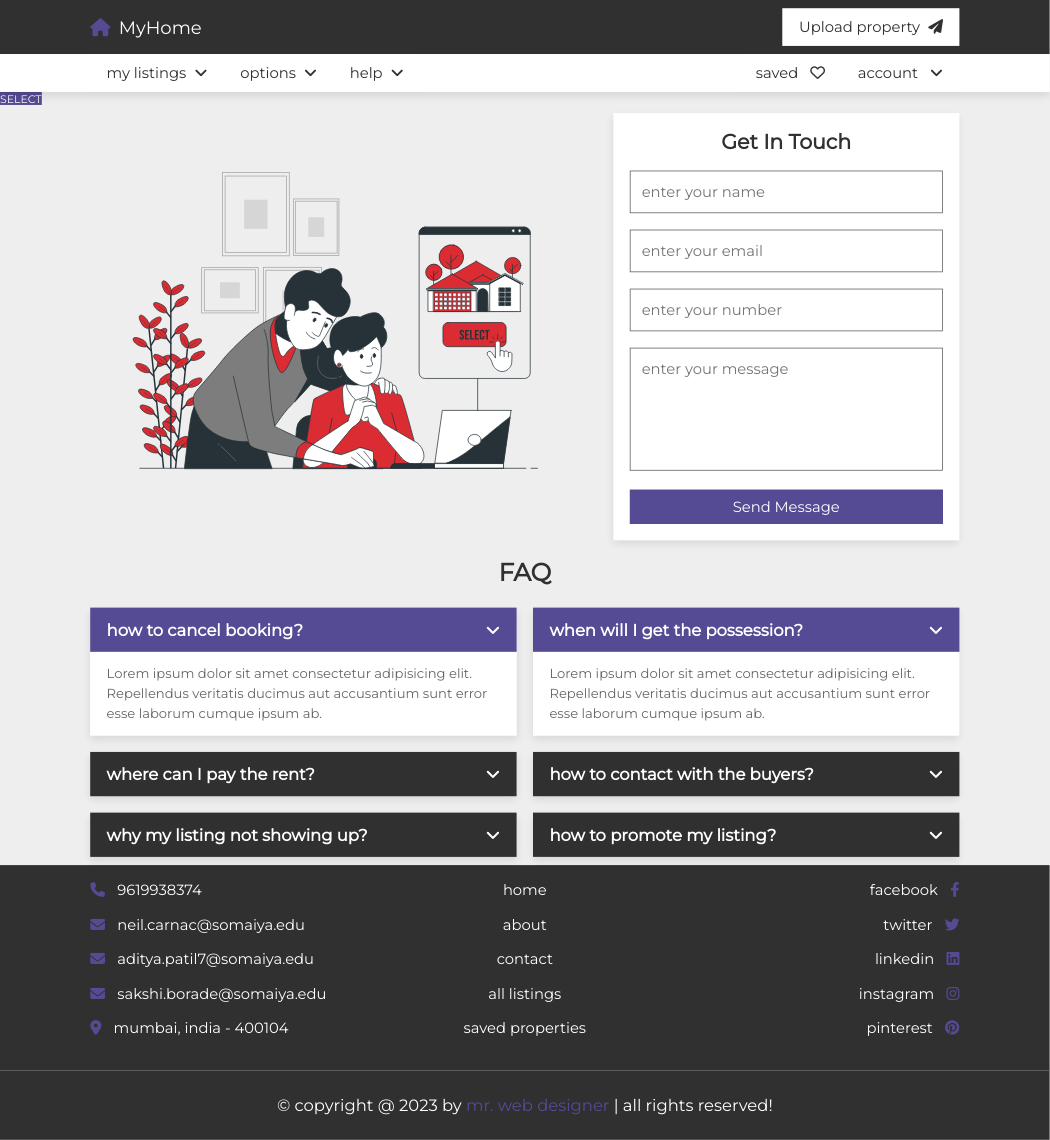
Repository: adi-tya999/wpl-project-realestatewebsite-main
Page: http://localhost/project/contact.php
An editor plug-in stored every save of this project. The page is shown before and after a run of saves, followed by the edit.
The browser window is 1280 px wide. The pictures show the whole page, at 82% of full size.
The page is run by PHP 8.4 with error messages shown; the project is at /var/www/html/.

Above is the page before, as saved 2023-04-29 16:27:33.

After the next 6 saves:
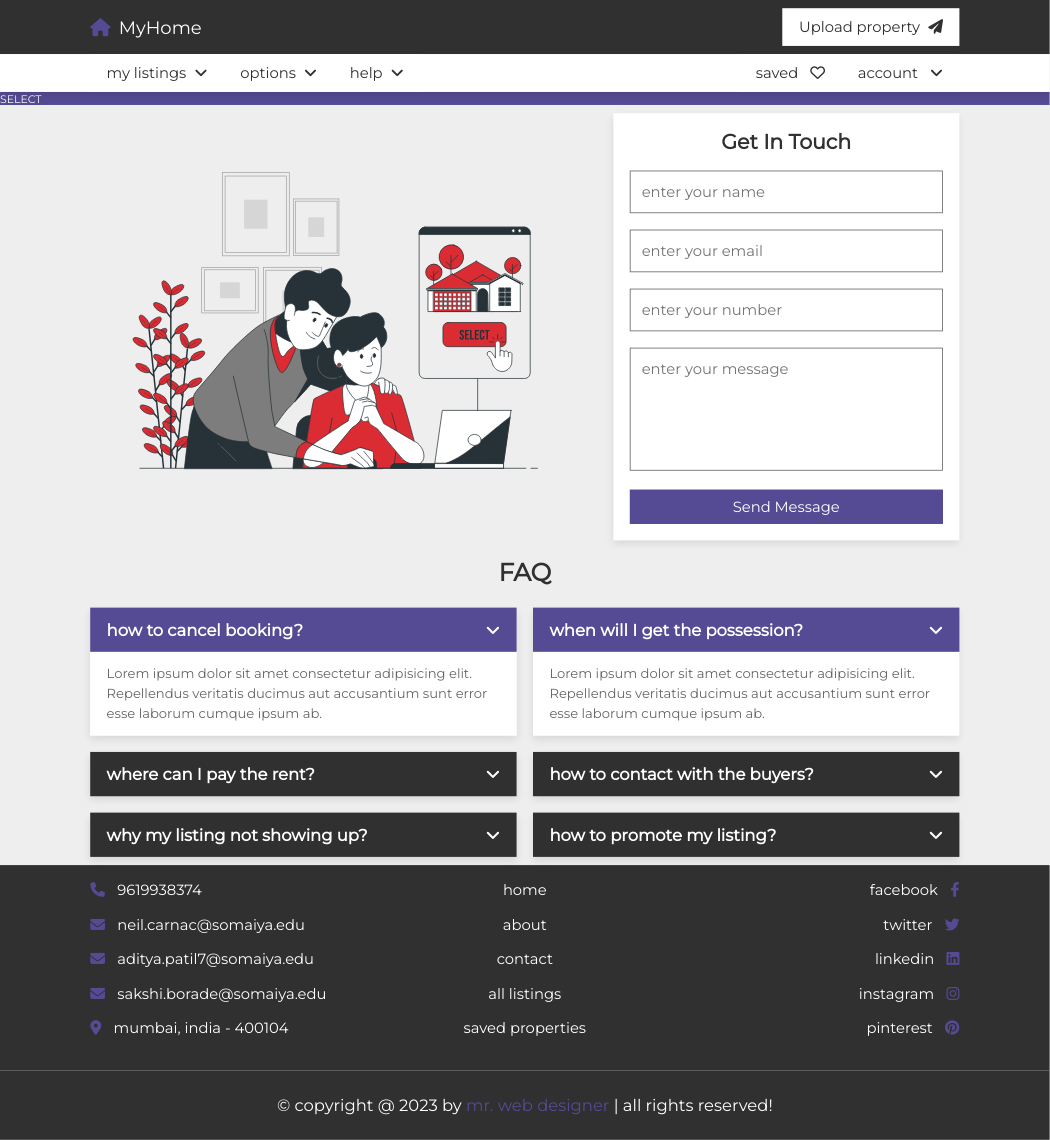
The 6 saves are shown as one change because they came seconds apart.
The last was saved 13 s later.
--- a/project/contact.php
+++ b/project/contact.php
@@ -55,7 +55,7 @@
 <?php include 'components/user_header.php'; ?>
 
 <!-- contact section starts  -->
-<div>
+<div class="selectionbutton">
 <button class="selectionbutton">SELECT</button>
 </div>
 <section class="contact">

After the 2 saves that followed:
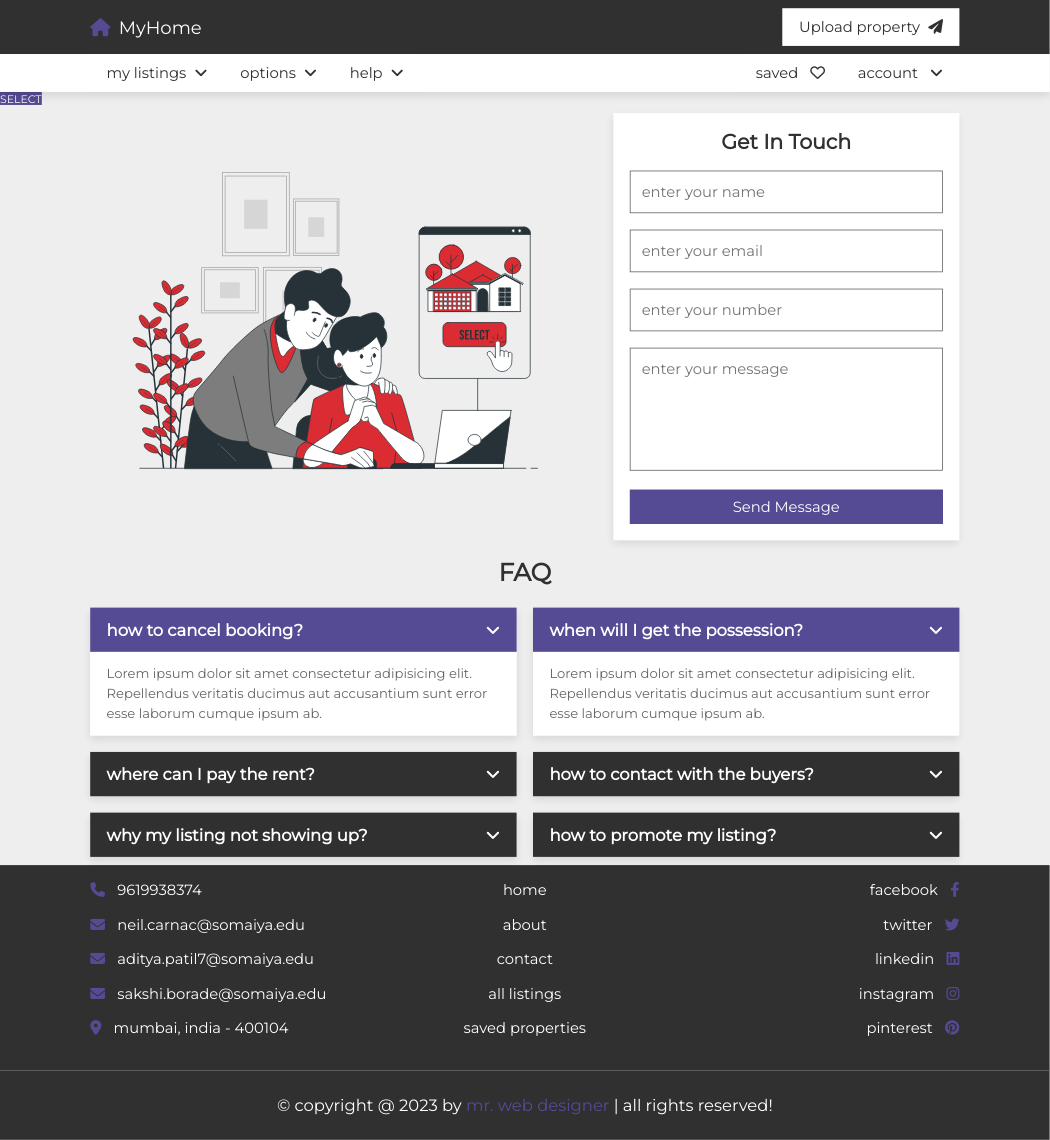
The 2 saves are shown as one change because they came seconds apart.
The last was saved 5 s later.
--- a/project/contact.php
+++ b/project/contact.php
@@ -55,7 +55,7 @@
 <?php include 'components/user_header.php'; ?>
 
 <!-- contact section starts  -->
-<div class="selectionbutton">
+<div class="selectionbuttondivs">
 <button class="selectionbutton">SELECT</button>
 </div>
 <section class="contact">
